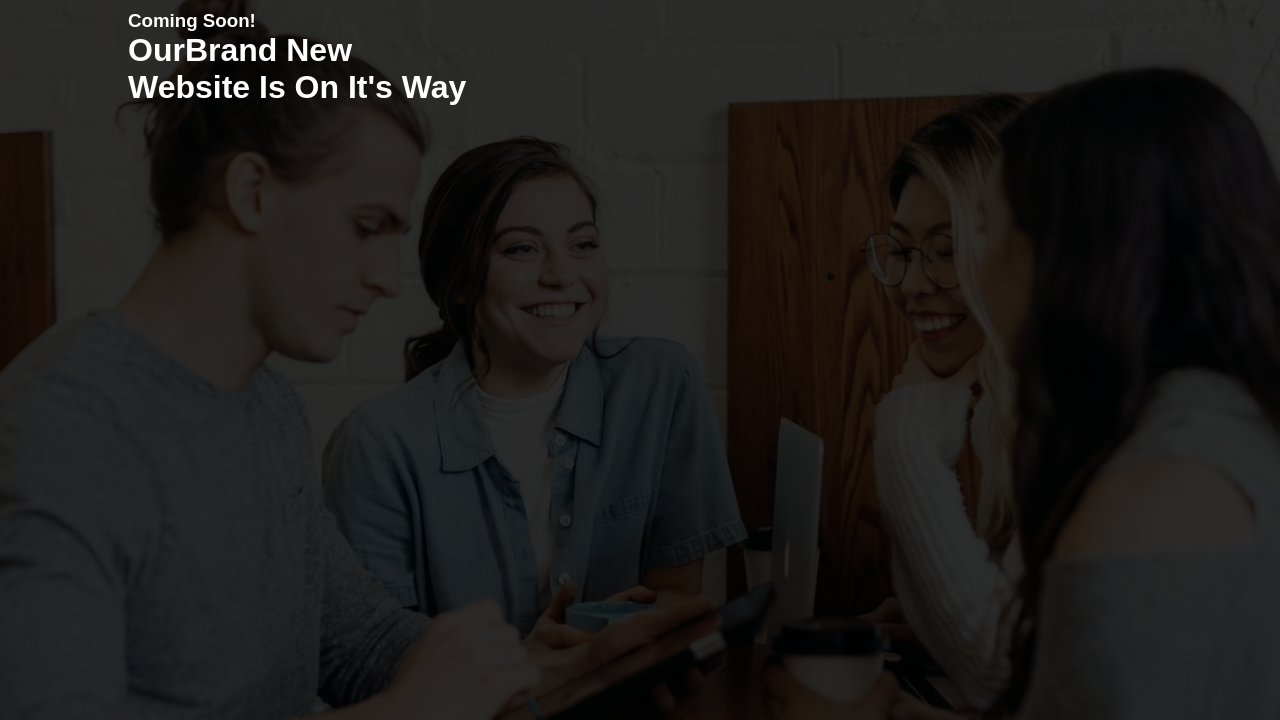
Repository: AbdullahOwais-Dev/Email-Subscription
Page: index.html
An editor plug-in stored every save of this project. The page is shown before and after a run of saves, followed by the edit.
The browser window is 1280 px wide. The pictures show the whole page.

Above is the page before, as saved 2025-02-07 23:34:24.

After the next 5 saves:
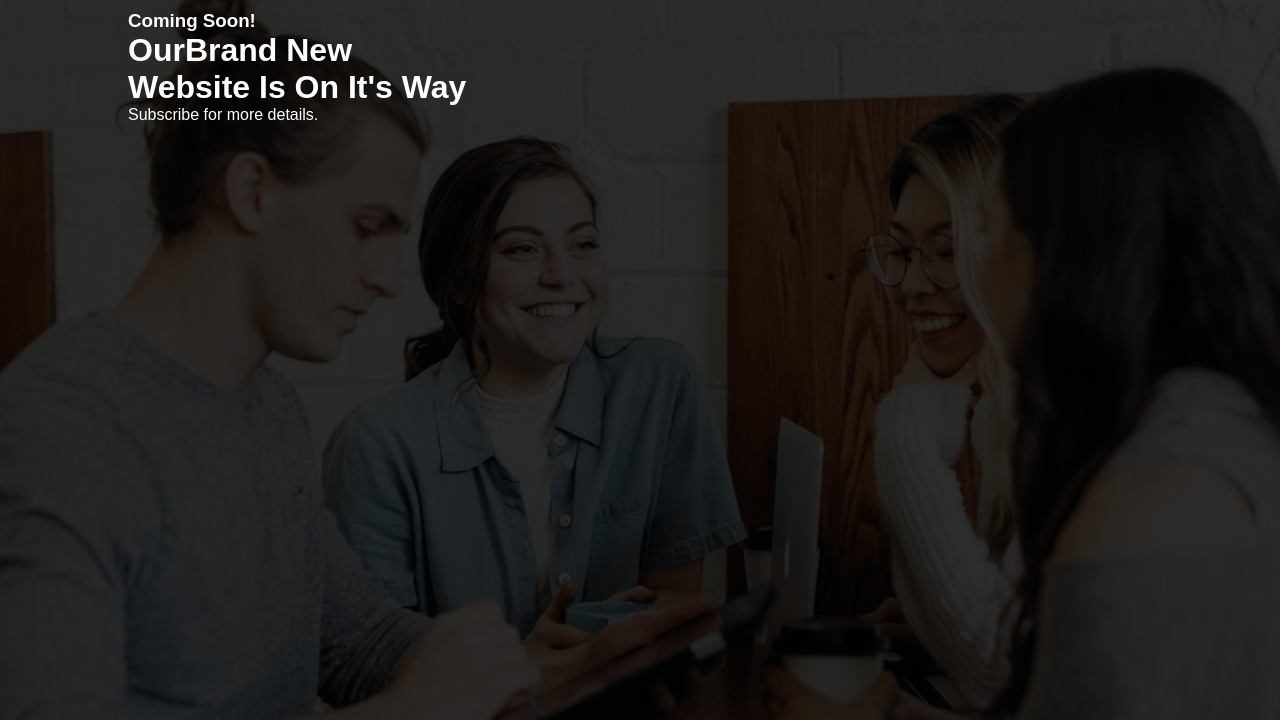
The 5 saves are shown as one change because they came seconds apart.
The last was saved 21 s later.
--- a/index.html
+++ b/index.html
@@ -12,7 +12,7 @@
     <div class="hero">
         <h3>Coming Soon!</h3>
         <h1>OurBrand New<br>Website Is On It's Way</h1>
-
+        <p>Subscribe for more details.</p>
     </div>
 
 
